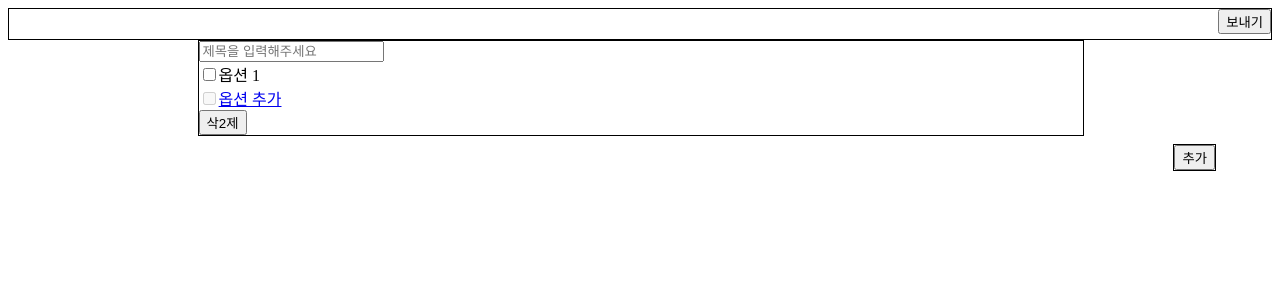
Repository: binigy97/VoteStie
Page: voteWeb/src/main/webapp/index.html
These files come from the project's save history. The page is drawn as it stood at one moment and after the next save; the edit follows.
The browser window is 1280 px wide. The pictures show the whole page.

Above is the page before, as saved 2022-03-03 08:37:45.

After the next save:
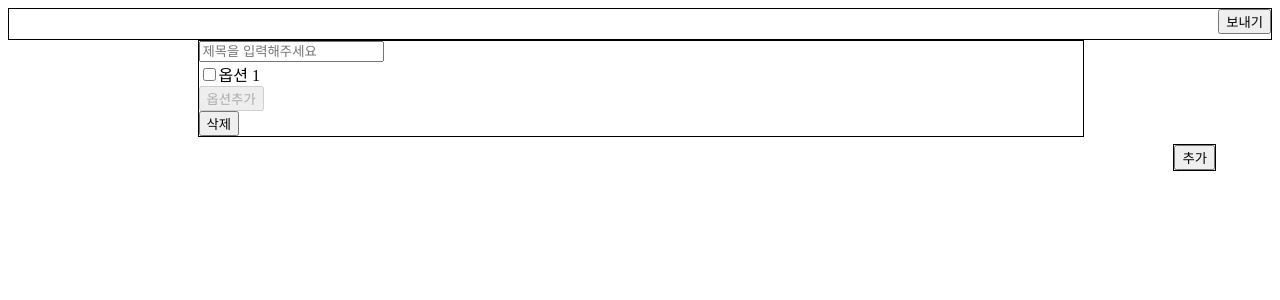
Saved 3 min 3 s later.
--- a/voteWeb/src/main/webapp/index.html
+++ b/voteWeb/src/main/webapp/index.html
@@ -49,10 +49,10 @@ div > label:last-child {
 			<input type="text" name="title" placeholder="제목을 입력해주세요">
 			<div>
 				<label><input type="checkbox" name="op1" value="옵션 1">옵션 1</label>
-				<a href="add_btn"><label><input type="checkbox" name="add_btn" value="옵션 추가" disabled>옵션 추가</label></a>
+				<a href="add_btn"><input type="submit" value="옵션추가" disabled></a>
 			</div>
 			<div>
-				<input type="submit" value="삭2제">
+				<input type="button" value="삭제">
 			</div>
 		</form>
 	</article>
